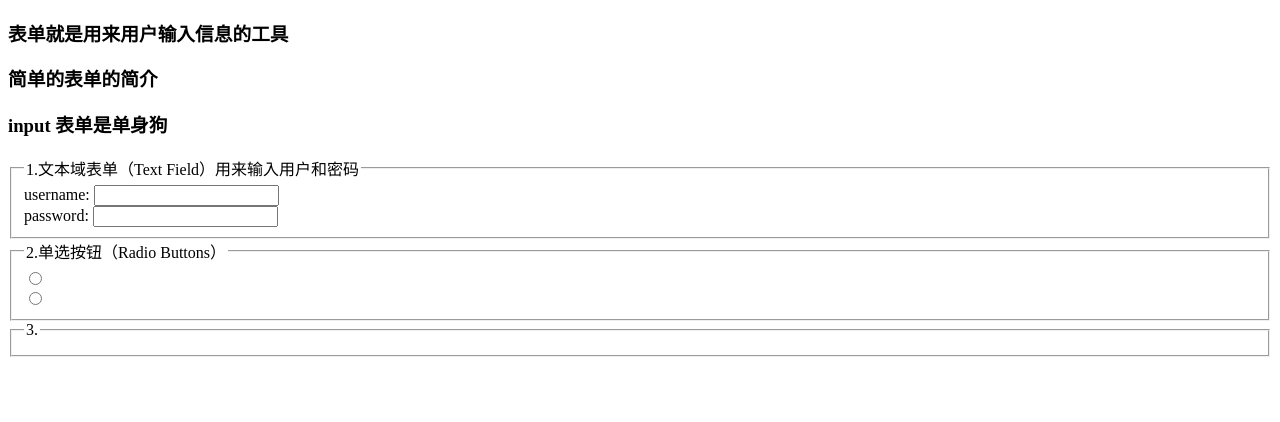
Repository: jarvanstack/vscode
Page: HTML/HTML中From表单.html
An editor plug-in stored every save of this project. The page is shown before and after the next save, followed by the edit.
The browser window is 1280 px wide. The pictures show the whole page.

Above is the page before, as saved 2020-06-11 09:48:31.

After the next save:
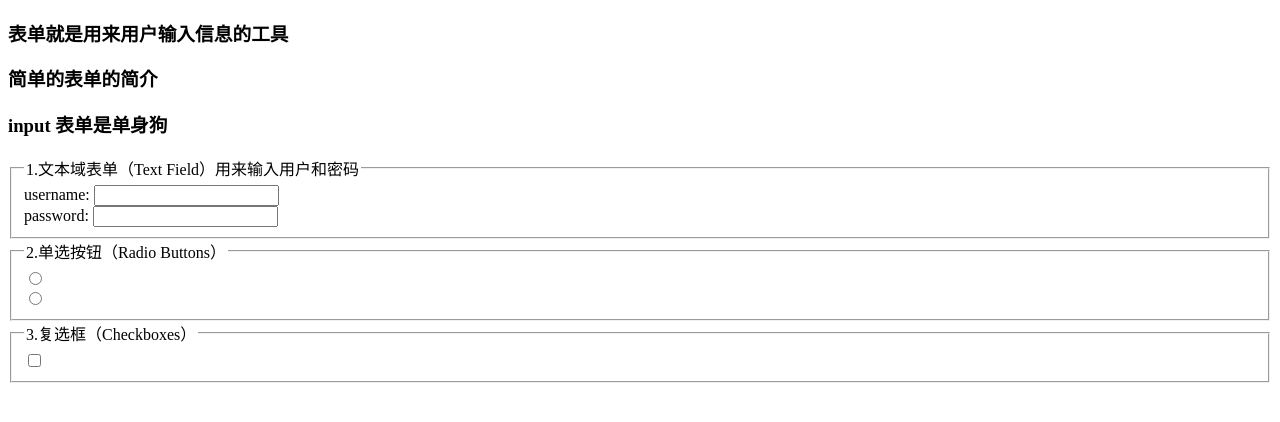
Saved 37 s later.
--- a/HTML/HTML中From表单.html
+++ b/HTML/HTML中From表单.html
@@ -27,17 +27,20 @@
         <fieldset>
             <legend>2.单选按钮（Radio Buttons）</legend>
             <span>
-                <input type="radio" value="男">
+                <input type="radio" name="sex" value="男">
             </span>
             <br>
             <span>
-                <input type="radio" value="女">
+                <input type="radio" name="sex" value="女">
             </span>
         </fieldset>
     </form>
     <form action="post">
         <fieldset>
-            <legend>3.</legend>
+            <legend>3.复选框（Checkboxes）</legend>
+            <span>
+                <input type="checkbox">
+            </span>
         </fieldset>
     </form>
 </body>
